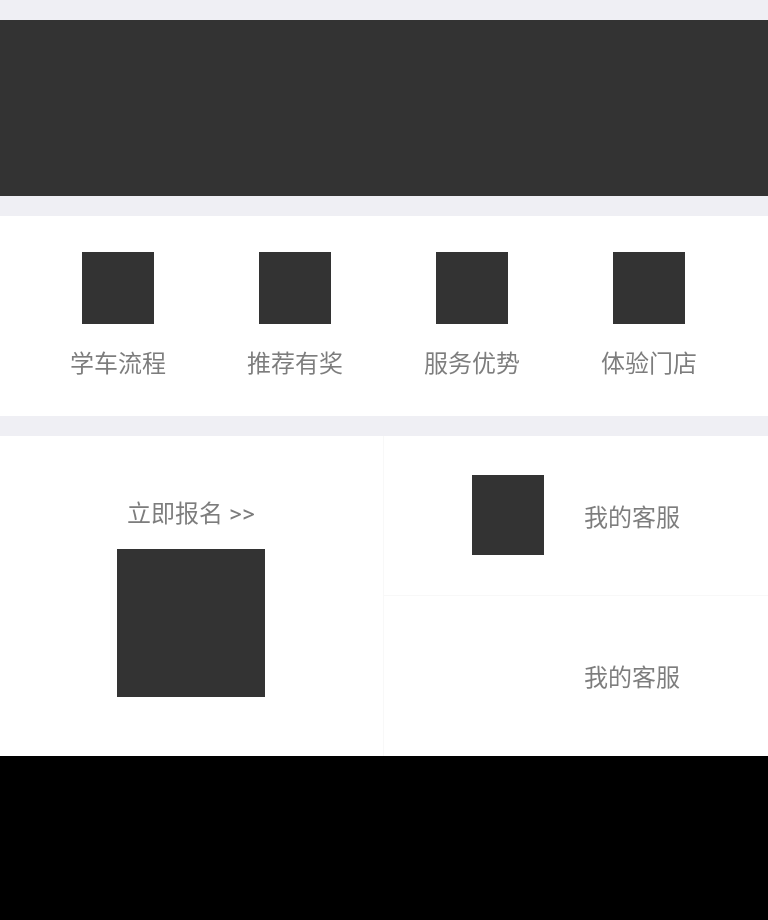
Repository: BugBang/paipaixueche
Layout: DGJP/res/layout/act_home_pager.xml
The author's editor kept a copy of each file at every save. The layout is drawn from the files as they stood at one save, then again after the next save.
The pictures show rows 360 to 1280 of an output 1280 px tall.
It is drawn on a 768 x 1280 px phone screen (xhdpi) without system bars, with theme android:Theme; the app's code is not run.

Above is the layout before, as saved 2016-11-11 08:57:08.

After the next save:
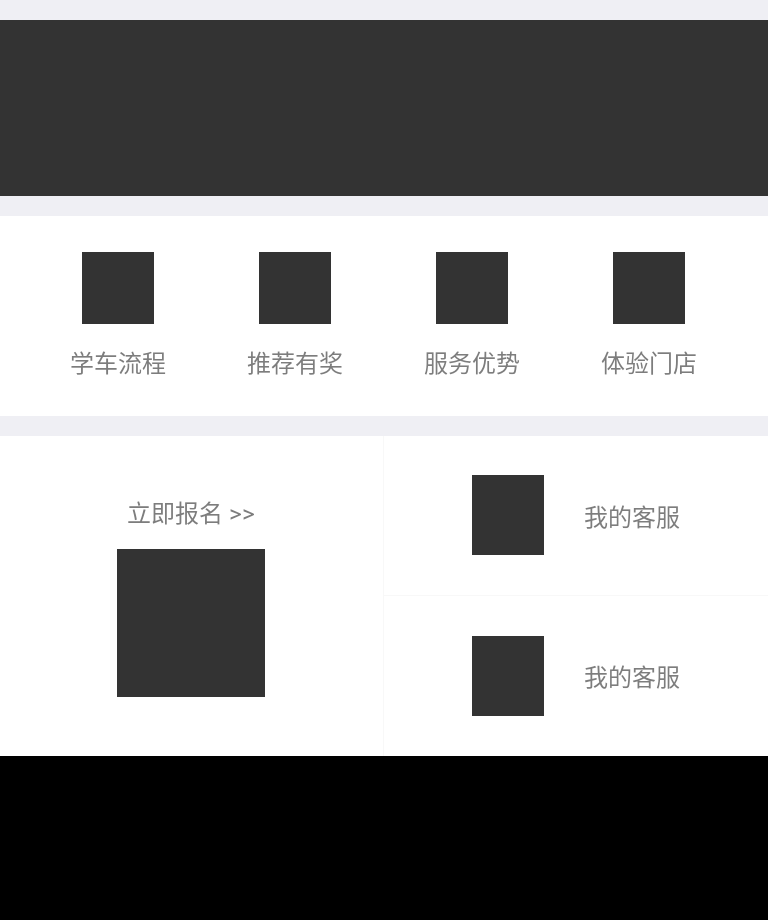
Saved 6 s later.
--- a/DGJP/res/layout/act_home_pager.xml
+++ b/DGJP/res/layout/act_home_pager.xml
@@ -246,6 +246,7 @@
                  <ImageView
                     android:layout_width="@dimen/view_36"
                 	android:layout_height="@dimen/view_40"
+                	android:background="@color/black_333333"
                     />
                 <TextView
                     android:layout_marginLeft="20dp"
